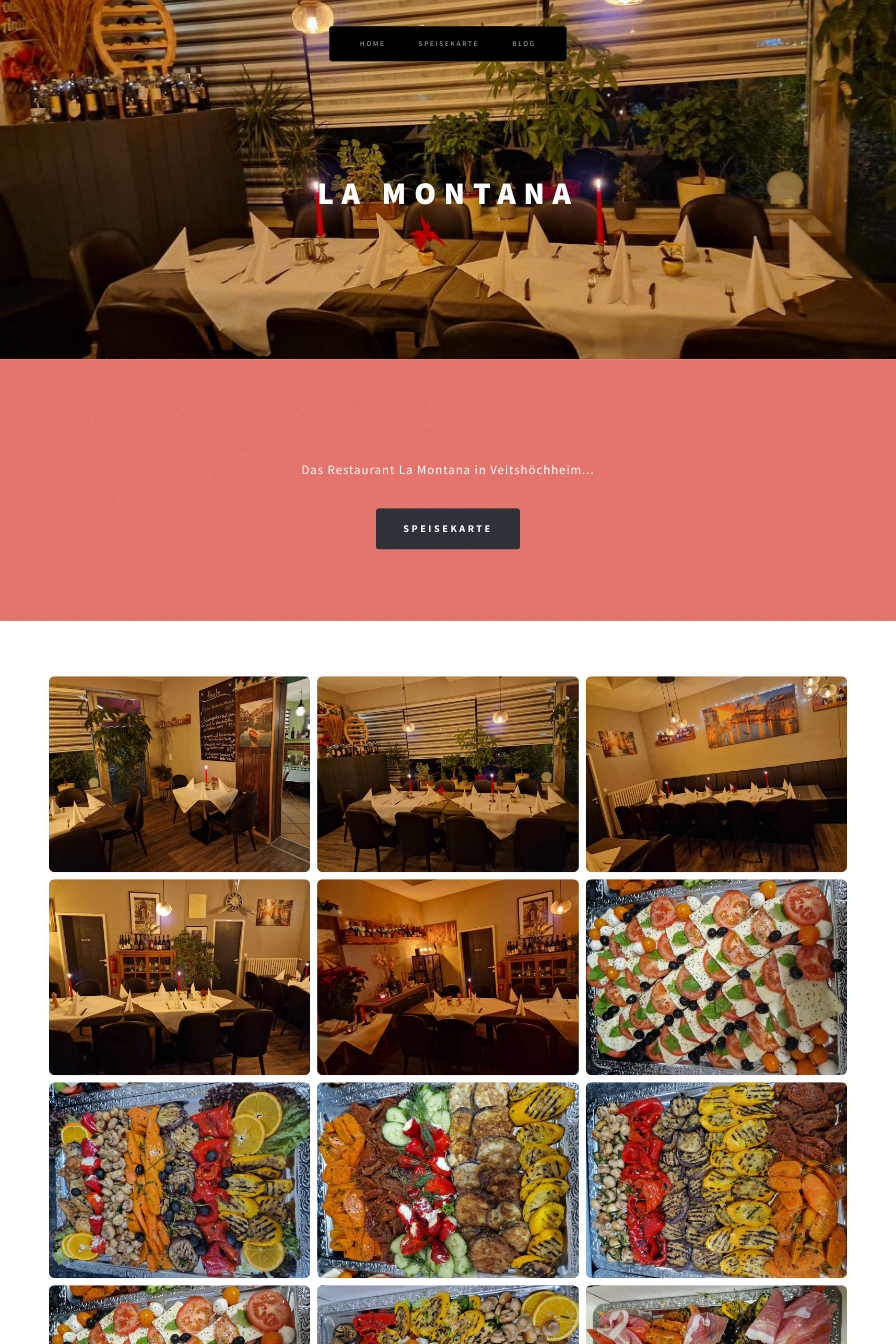
Repository: restaurantlamontana/restaurantlamontana.github.io
Page: index.html
An editor plug-in stored every save of this project. The page is shown before and after the next save, followed by the edit.
The browser window is 1280 px wide. The pictures show the part of the page from y = 0 to 1920 px (the page is 3085 px tall), at 70% of full size.

Above is the page before, as saved 2024-07-14 18:46:13.

### index.html
<!DOCTYPE html>
<!--
	Escape Velocity by HTML5 UP
	html5up.net | @ajlkn
	Free for personal and commercial use under the CCA 3.0 license (html5up.net/license)
-->
<html>
  <head>
    <title>La Montana</title>
    <meta charset="utf-8" />
    <meta
      name="viewport"
      content="width=device-width, initial-scale=1, user-scalable=no"
    />
    <link rel="stylesheet" href="assets/css/main.css" />
  </head>
  <body class="homepage is-preload">
    <div id="page-wrapper">
      <!-- Header -->
      <section id="header" class="wrapper">
        <!-- Logo -->
        <div id="logo">
          <h1 style="font-size: 45px;"><a href="index.html">La Montana</a></h1>
        </div>

        <!-- Nav -->
        <nav id="nav">
          <ul class="toplinks">
            <li class="current"><a href="index.html">Home</a></li>
            <li><a href="assets/Speisekarte_Scan.pdf" target="_blank">Speisekarte</a></li>
            <li><a href="blog.html">Blog</a></li>
          </ul>
        </nav>
      </section>

      <!-- Intro -->
      <section id="intro" class="wrapper style1">
        <div class="container">
			<br><br><br><br>
          <p class="style1">Das Restaurant La Montana in Veitshöchheim...</p>
          <ul class="actions">
            <li><a href="assets/Speisekarte_Scan.pdf" target="_blank" class="button style3 large">Speisekarte</a></li>
          </ul>
        </div>
      </section>

	  <!-- Image Grid -->
      <section class="wrapper">
        <div class="container">
          <div class="image-grid">
			<img src="images/IMG_3203.JPG">
            <img src="images/IMG_3204.JPG">
            <img src="images/IMG_3205.JPG">
			<img src="images/IMG_3206.JPG">
			<img src="images/IMG_3207.JPG">
            <img src="images/IMG_3199.JPG">
			<img src="images/IMG_3200.JPG">
            <img src="images/IMG_3201.JPG">
            <img src="images/IMG_3202.JPG">
			<img src="images/IMG_3199.JPG">
			<img src="images/IMG_3194.JPG">
            <img src="images/IMG_3195.JPG">
            <img src="images/IMG_3196.JPG">
            <img src="images/IMG_3197.JPG">
            <img src="images/IMG_3198.JPG">
          </div>
        </div>
      </section>

      <!-- Footer -->
      <section id="footer" class="wrapper">
		<div class="container">
			<header class="style1">
				<h2>Öffnungszeiten</h2>
				<p>
					Montag - Ruhetag <br />
					Dienstag bis Sonntag - 11:00 - 14:00 und 17:00 - 23:00 Uhr
				</p>
			</header>
			</div>
			<div class="flex-container">
				<div class="flex-item">
					<h3 class="icon solid fa-home">   Standort</h3>
					<p>
						Stifterstrasse 14<br />
						97209 Veitshöchheim<br />
					</p>
				</div>
				<div class="flex-item">
					<h3 class="icon solid fa-envelope">   Email</h3>
					<p>
						<a href="#">lamontana@gmail.com</a>
					</p>
				</div>
				<div class="flex-item">
					<h3 class="icon solid fa-phone">   Telefon</h3>
					<p>0931-4529111</p>
				</div>
				</div>
		</div>
	</section>
</body>
</html>

Loaded but not shown: assets/css/fontawesome-all.min.css (library); assets/css/main.css (3153 lines, source omitted)

After the next save:
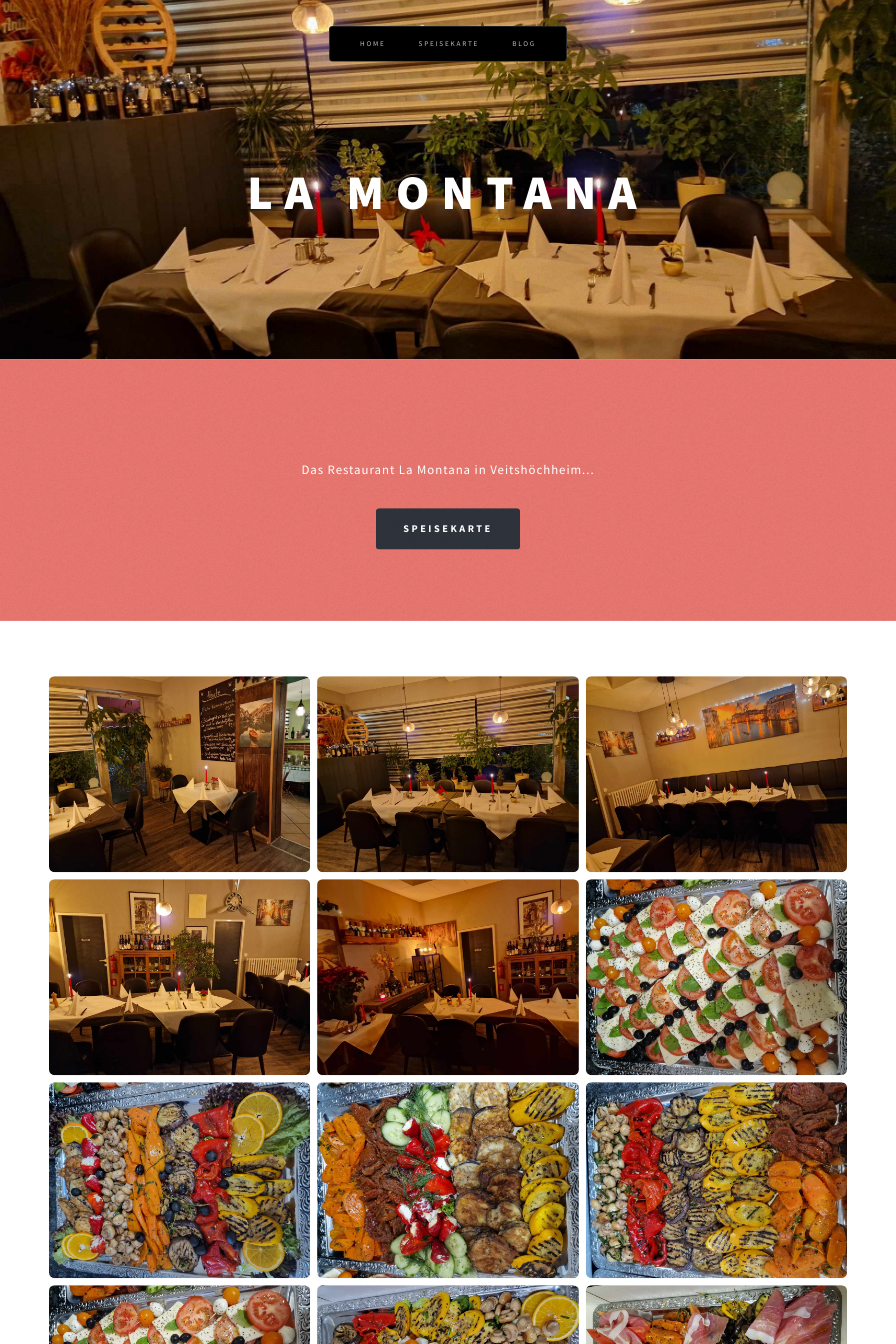
Saved 6 s later.
--- a/index.html
+++ b/index.html
@@ -20,7 +20,7 @@
       <section id="header" class="wrapper">
         <!-- Logo -->
         <div id="logo">
-          <h1 style="font-size: 45px;"><a href="index.html">La Montana</a></h1>
+          <h1 style="font-size: 69px;"><a href="index.html">La Montana</a></h1>
         </div>
 
         <!-- Nav -->
